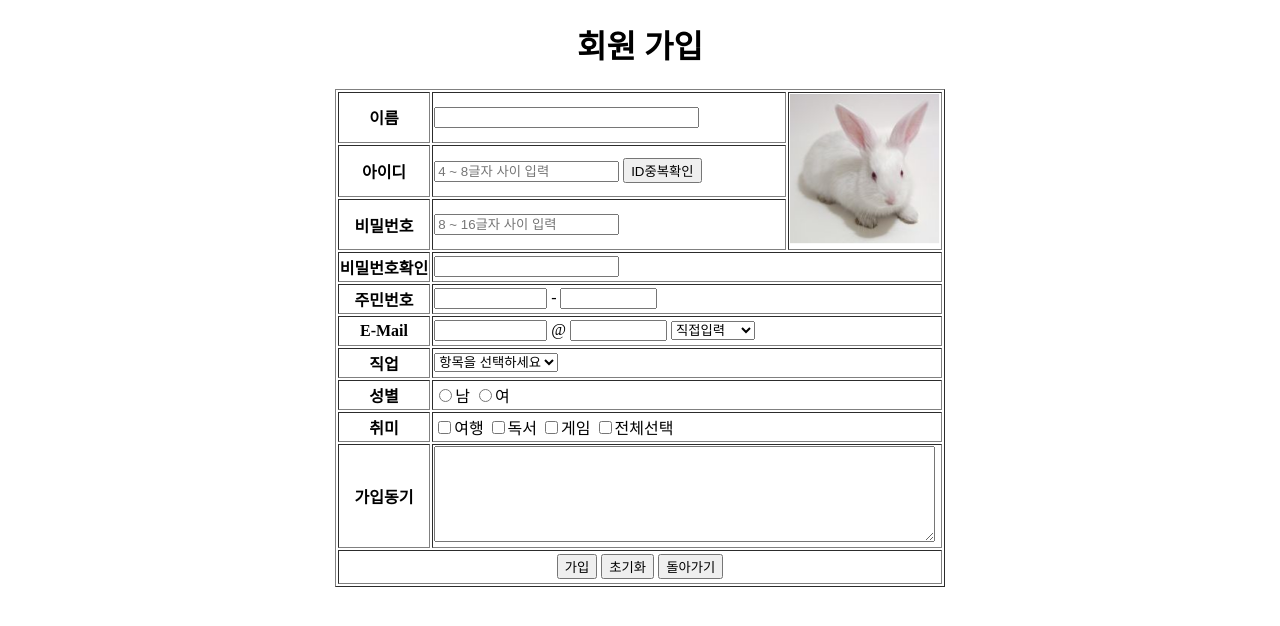
Repository: KimMinseooo/itwillStudy
Page: BACKEND/JSP/workspace_jsp/StudyHTML/src/main/webapp/1025/final_exam.html
These files come from the project's save history. The page is drawn as it stood at one moment and after the next save; the edit follows.
The browser window is 1280 px wide. The pictures show the whole page.

Above is the page before, as saved 2024-10-25 06:25:46.

After the next save:
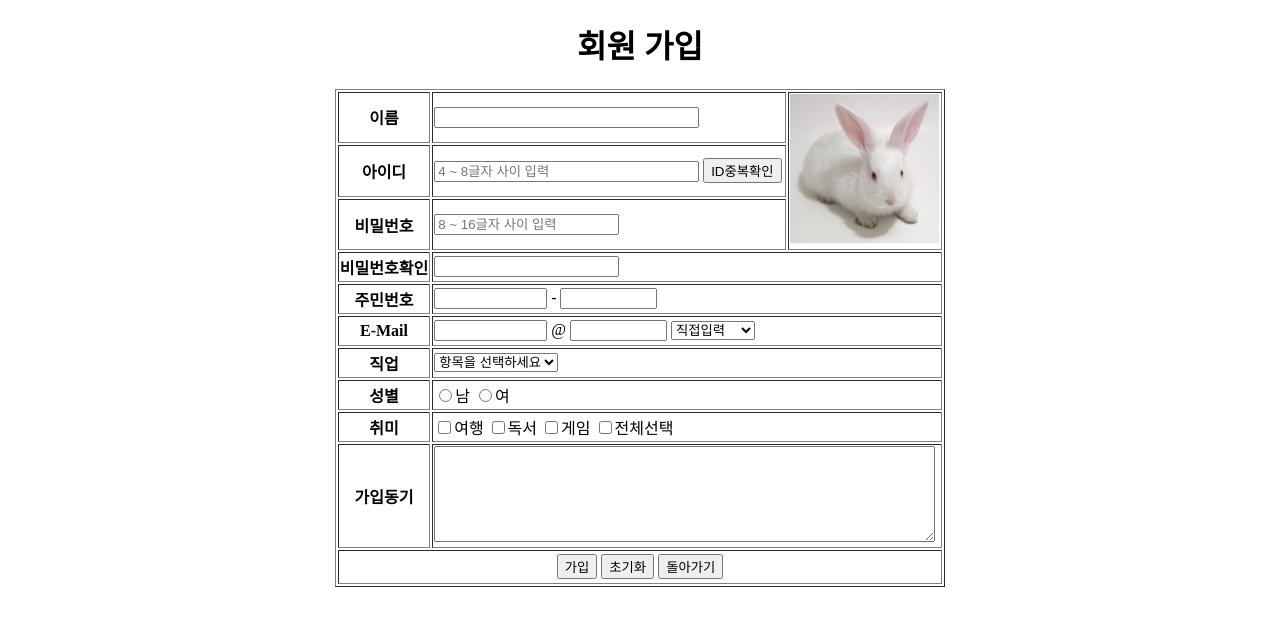
Saved 17 s later.
--- a/BACKEND/JSP/workspace_jsp/StudyHTML/src/main/webapp/1025/final_exam.html
+++ b/BACKEND/JSP/workspace_jsp/StudyHTML/src/main/webapp/1025/final_exam.html
@@ -23,7 +23,7 @@
 			<tr height="20">
 			<td align="center" style="font-weight: bold;">아이디</td>
 			<td>
-				<input placeholder="4 ~ 8글자 사이 입력">
+				<input size="30" placeholder="4 ~ 8글자 사이 입력">
 				<input type="button" value="ID중복확인">
 			</td>
 			</tr>
